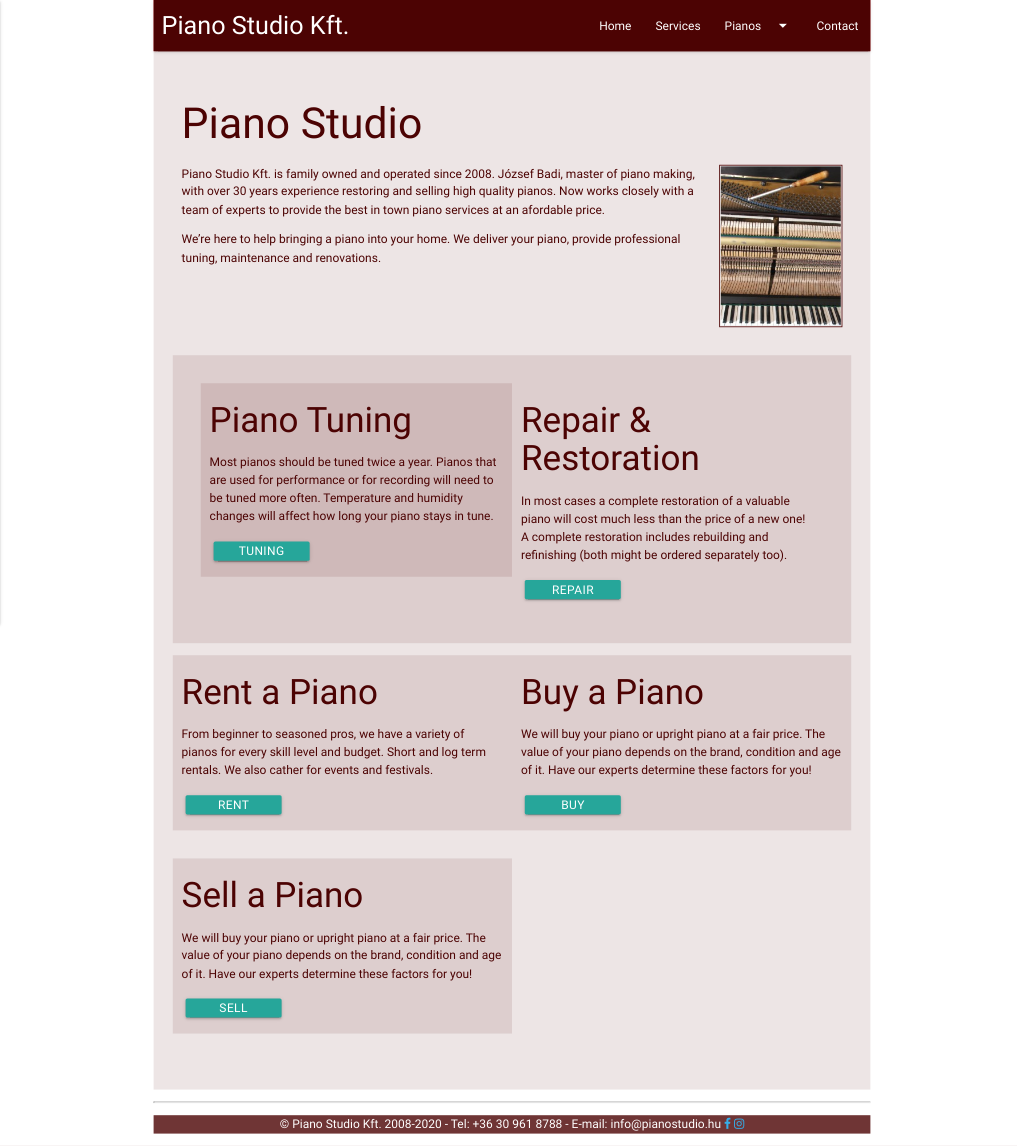
Repository: badiattila/pianostudioheroku
Page: http://localhost/
The author's editor kept a record of every edit. The page is drawn from the files as they stood at one moment, then again after the next edit.
The browser window is 1280 px wide. The pictures show the whole page, at 80% of full size.
Some web libraries are served in a nearby version. The page is served by the project's application, run on Flask 3 (app.py).

Above is the page before.

After the next edit:
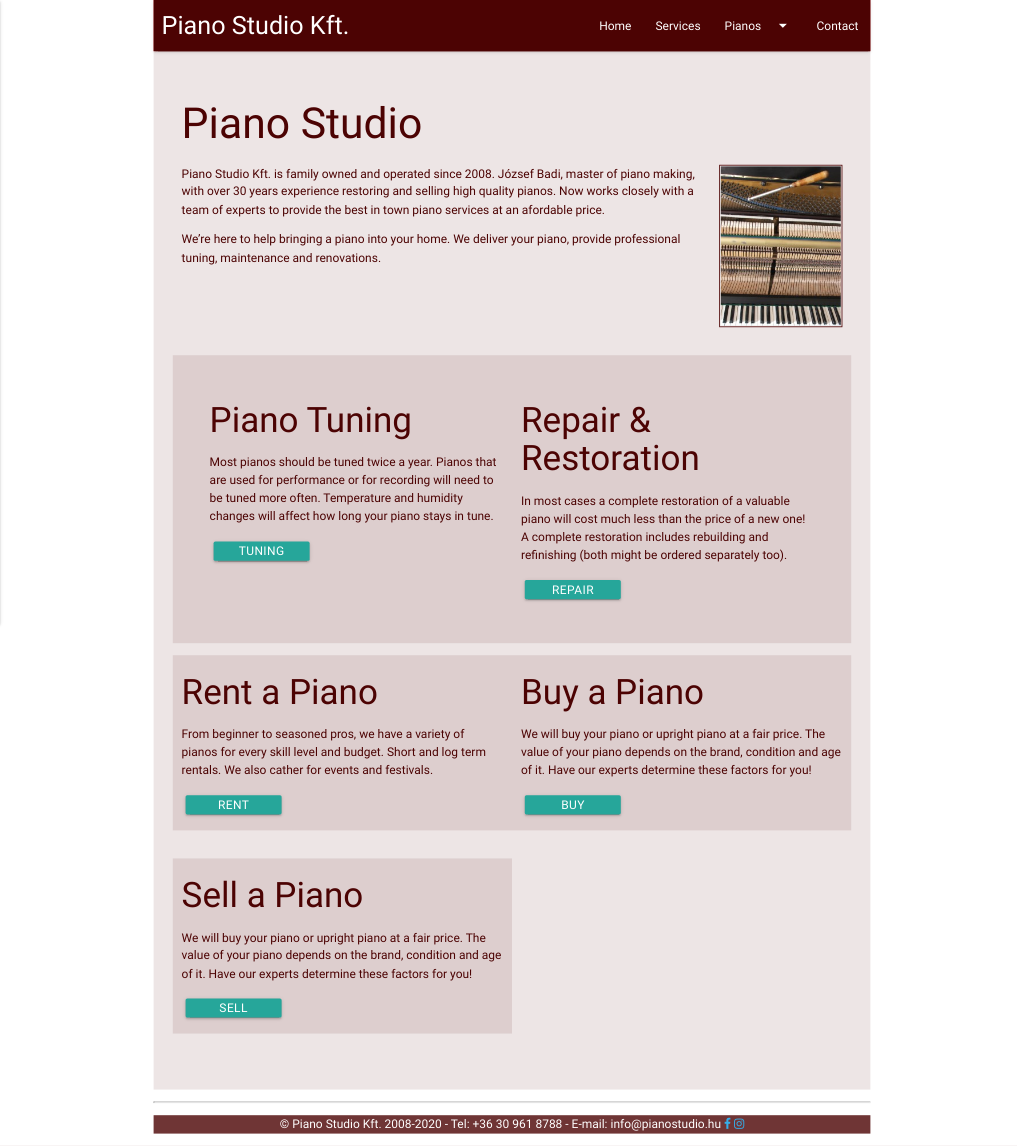
The edit:
--- a/templates/index.html
+++ b/templates/index.html
@@ -11,7 +11,7 @@
         </div>
     </div>
     <div class="row op">
-        <div class="col s6 op">
+        <div class="col s6">
             <h3>Piano Tuning</h3>
             <p>Most pianos should be tuned twice a year. Pianos that are used for performance or for recording will need to be tuned more often. Temperature and humidity changes will affect how long your piano stays in tune.</p>
             <p><a class="waves-effect waves-light btn btn_mid" href="{{url_for('services')}}" role="button">Tuning</a></p>
